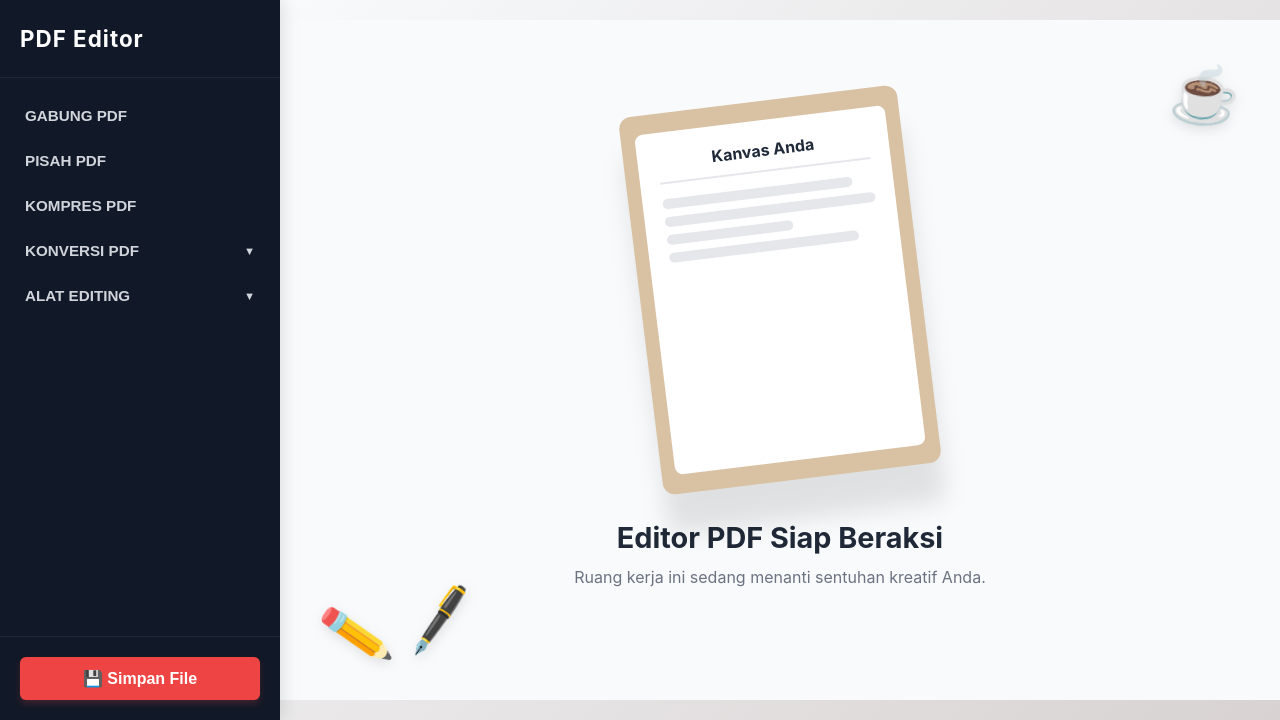
Repository: IkhsanMoekhtar/pdf_editor
Page: /
An editor plug-in stored every save of this project. The page is shown before and after the next save, followed by the edit.
The browser window is 1280 px wide. The pictures show the whole page.
The project was rebuilt for these pictures with package versions that can differ from the ones it lists, and the page was loaded fresh each time. Also part of the build but not shown: vite.config.js.

Above is the page before, as saved 2026-03-20 04:04:27.

After the next save:
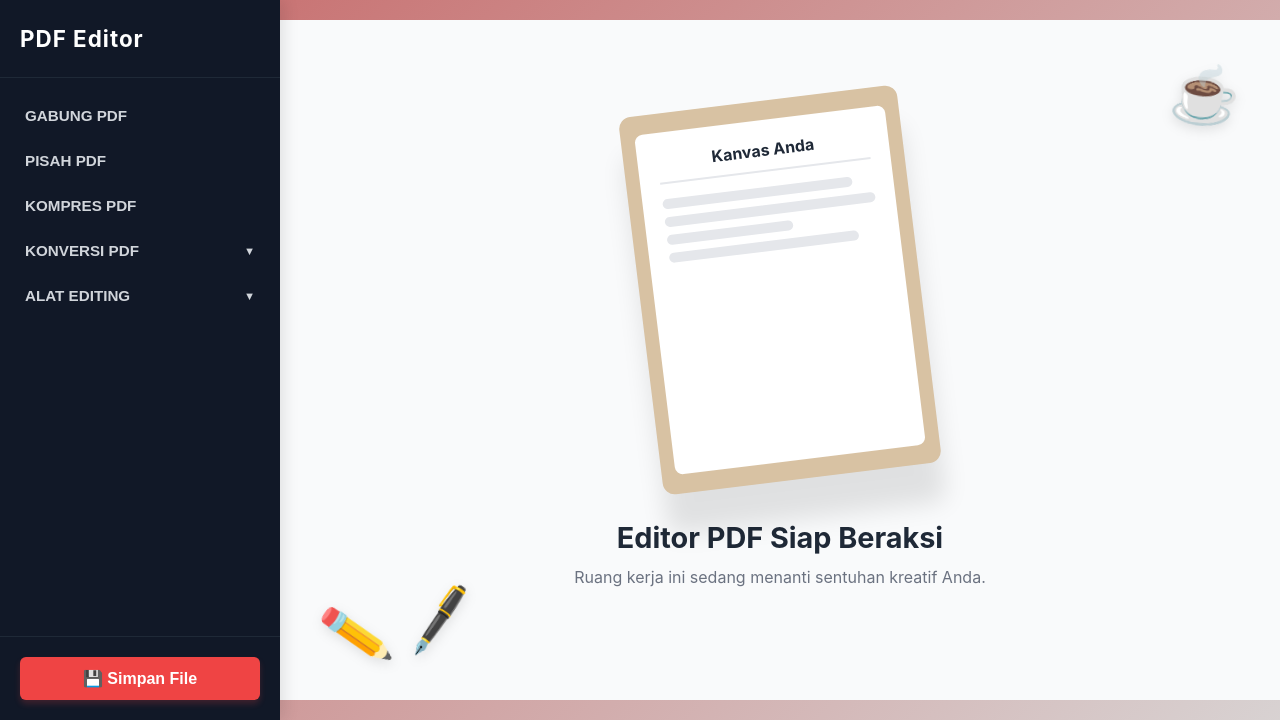
Saved 15 s later.
--- a/src/App.jsx
+++ b/src/App.jsx
@@ -273,7 +273,7 @@ function App() {
             justifyContent: 'center',
             overflow: 'hidden',
             // Hapus backgroundColor, ganti dengan backgroundImage
-            backgroundImage: 'linear-gradient(135deg, #f8fafc 0%, #d8d2d2 100%)'
+            backgroundImage: 'linear-gradient(135deg, #c97575 0%, #d8d2d2 100%)'
           }}
         >
           {pdfFile ? (
